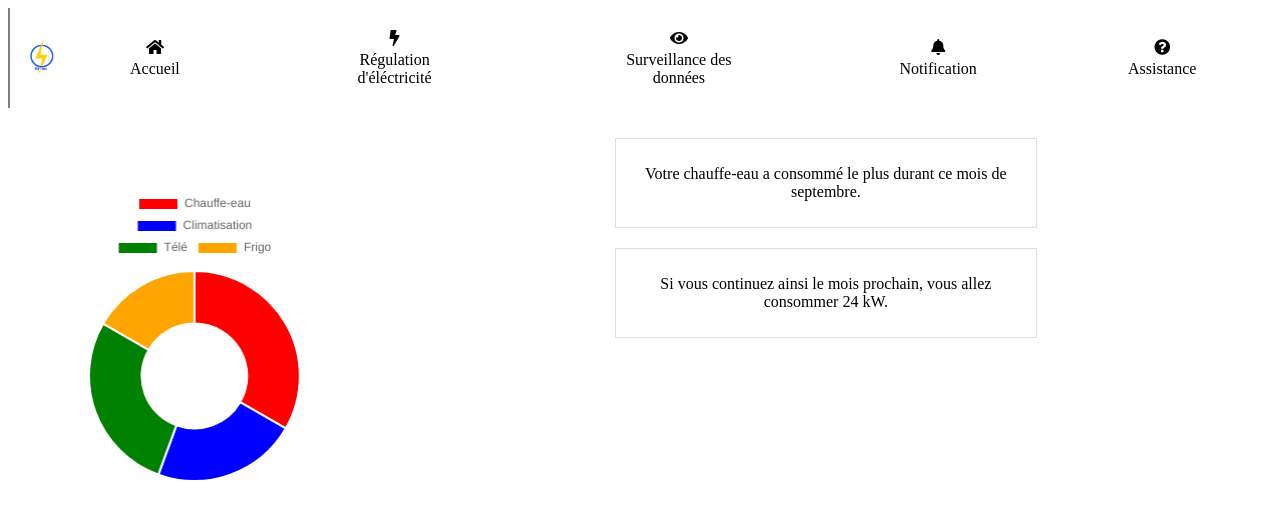
Repository: hamdia200/OSC-Ecowiz
Page: http://localhost/accueil
An editor plug-in stored every save of this project. The page is shown before and after a run of saves, followed by the edit.
The browser window is 1280 px wide. The pictures show the whole page.
The page is served by the project's Laravel application, run on PHP 8.4 with Laravel 10.

Above is the page before, as saved 2023-08-18 14:34:49.

After the next 3 saves:
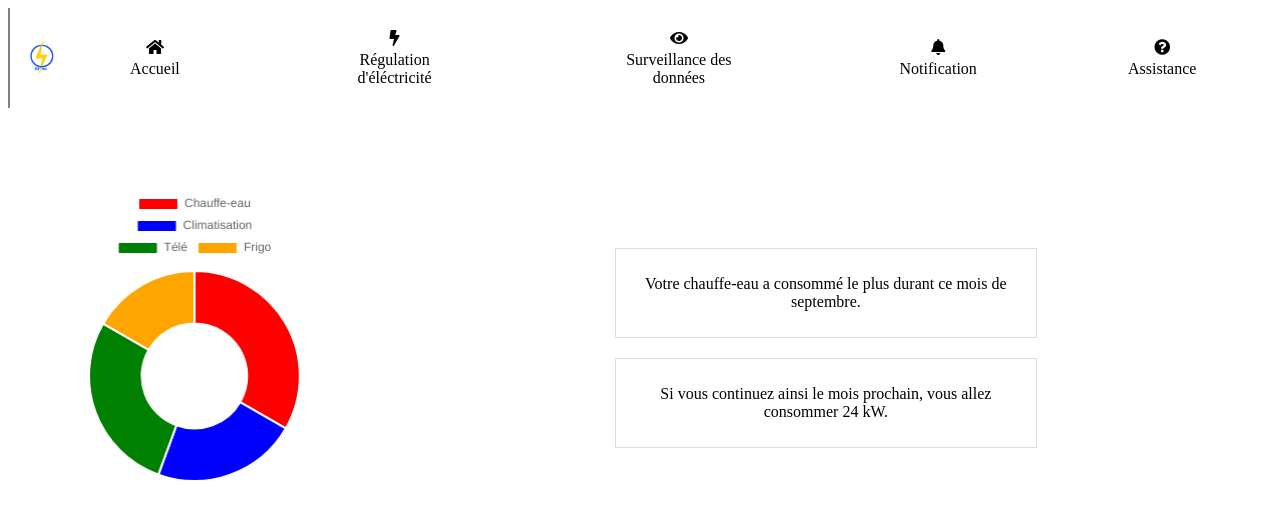
The 3 saves are shown as one change because they came seconds apart.
The last was saved 7 s later.
--- a/resources/views/accueil.blade.php
+++ b/resources/views/accueil.blade.php
@@ -40,7 +40,8 @@
         }
         .content{
             display: flex;
-            ai
+            align-items: center;
+
         }
     </style>
 
